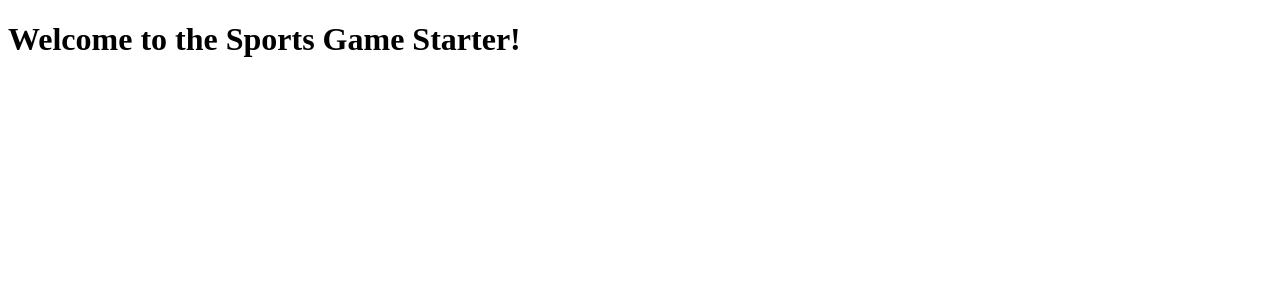
Repository: marcusmerrick/reactSportsGame
Page: index.html
These files come from the project's save history. The page is drawn as it stood at one moment and after a run of saves; the edit follows.
The browser window is 1280 px wide. The pictures show the whole page.
Some web libraries are served in a nearby version.

Above is the page before, as saved 2020-07-24 19:29:15.

After the next 3 saves:
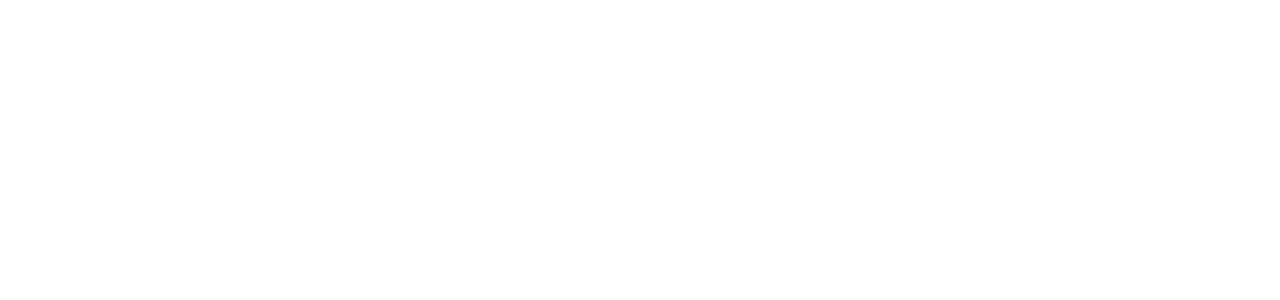
Console error (its wording comes from the project's code and is left out).
The 3 saves are shown as one change because they came seconds apart.
The last was saved 19 s later.
--- a/index.html
+++ b/index.html
@@ -25,7 +25,7 @@
             handleShoot = (event) => {
                 let rand = Math.random()
                 if (rand < .5) return
-
+                    this.setState(())
             }
             render() {
 

After the save that followed:
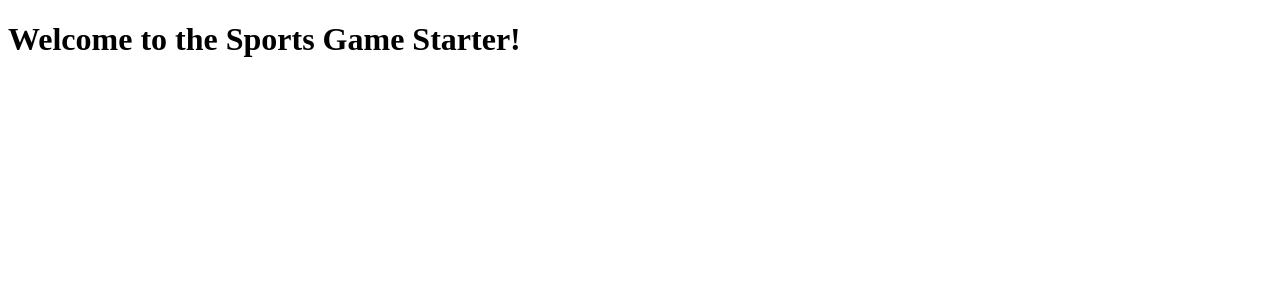
The error is gone.
Saved 4 s later.
--- a/index.html
+++ b/index.html
@@ -25,7 +25,7 @@
             handleShoot = (event) => {
                 let rand = Math.random()
                 if (rand < .5) return
-                    this.setState(())
+                    this.setState((state, props))
             }
             render() {
 
